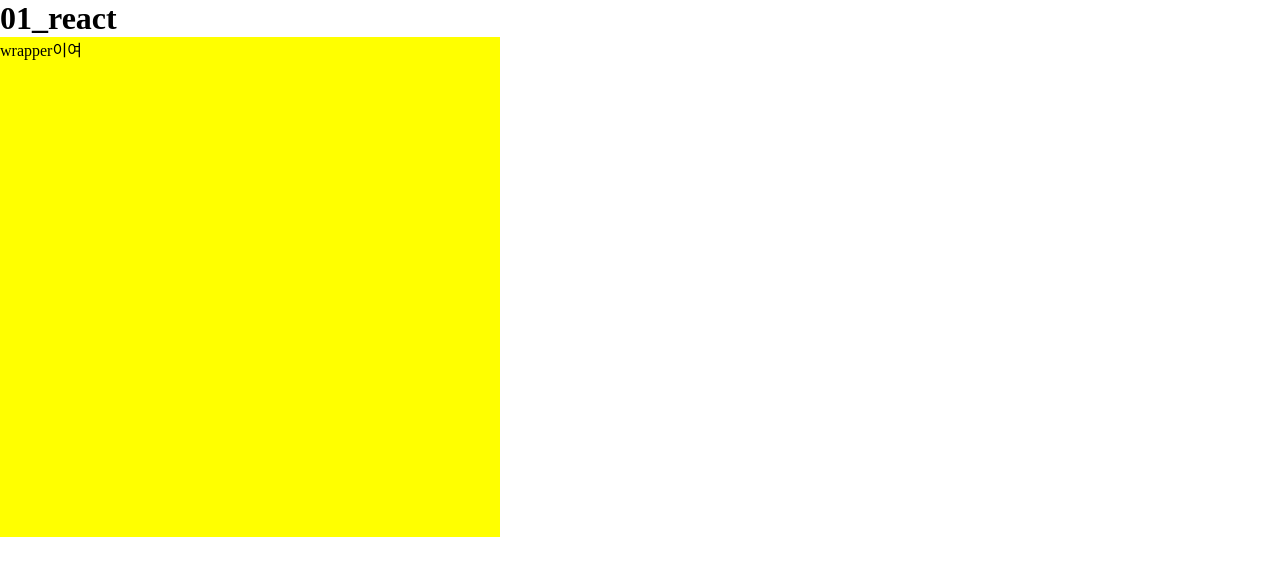
Repository: psun2/Korea-IT-Academy
Page: (back up) _ 오전/study_a/web_work/htmlCssProj/WebContent/react/01_react.html
These files come from the project's save history. The page is drawn as it stood at one moment and after the next save; the edit follows.
The browser window is 1280 px wide. The pictures show the whole page.

Above is the page before, as saved 2020-07-29 06:12:09.

### (back up) _ 오전/study_a/web_work/htmlCssProj/WebContent/react/01_react.html
<!DOCTYPE html>
<html>
<head>
<meta charset="UTF-8">
<meta name="viewport"
content="width=device-width, initial-scale=1.0, user-scalable=no,
minimum-scale=1.0, maximum-scale=1.0">
<title>01_react</title>
<style>

	*{
		margin:0;
		padding:0;
	}

	.wrapper{
		width:500px;
		height: 500px;
		background: #ff0;

	}
	@media screen and (max-width:480px){
		.wrapper{
			background: #0f0;

		}

	}


</style>
</head>
<body>
<h1>01_react</h1>
<div class="wrapper">
wrapper이여
</div>
</body>
</html>

After the next save:
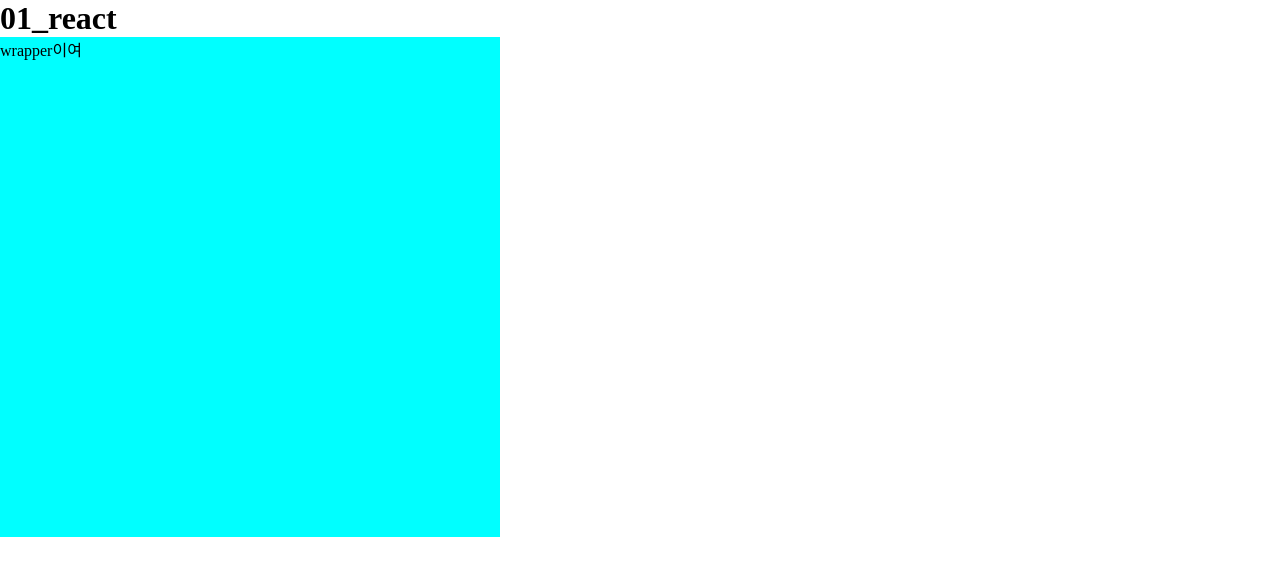
Saved 3 min 41 s later.
--- a/(back up) _ 오전/study_a/web_work/htmlCssProj/WebContent/react/01_react.html
+++ b/(back up) _ 오전/study_a/web_work/htmlCssProj/WebContent/react/01_react.html
@@ -19,9 +19,19 @@ minimum-scale=1.0, maximum-scale=1.0">
 		background: #ff0;
 
 	}
+	/* 핸드폰 */
 	@media screen and (max-width:480px){
 		.wrapper{
 			background: #0f0;
+
+		}
+
+	}
+
+	/* 데스크탑 */
+	@media screen and (min-width:1200px){
+		.wrapper{
+			background: #0ff;
 
 		}
 
